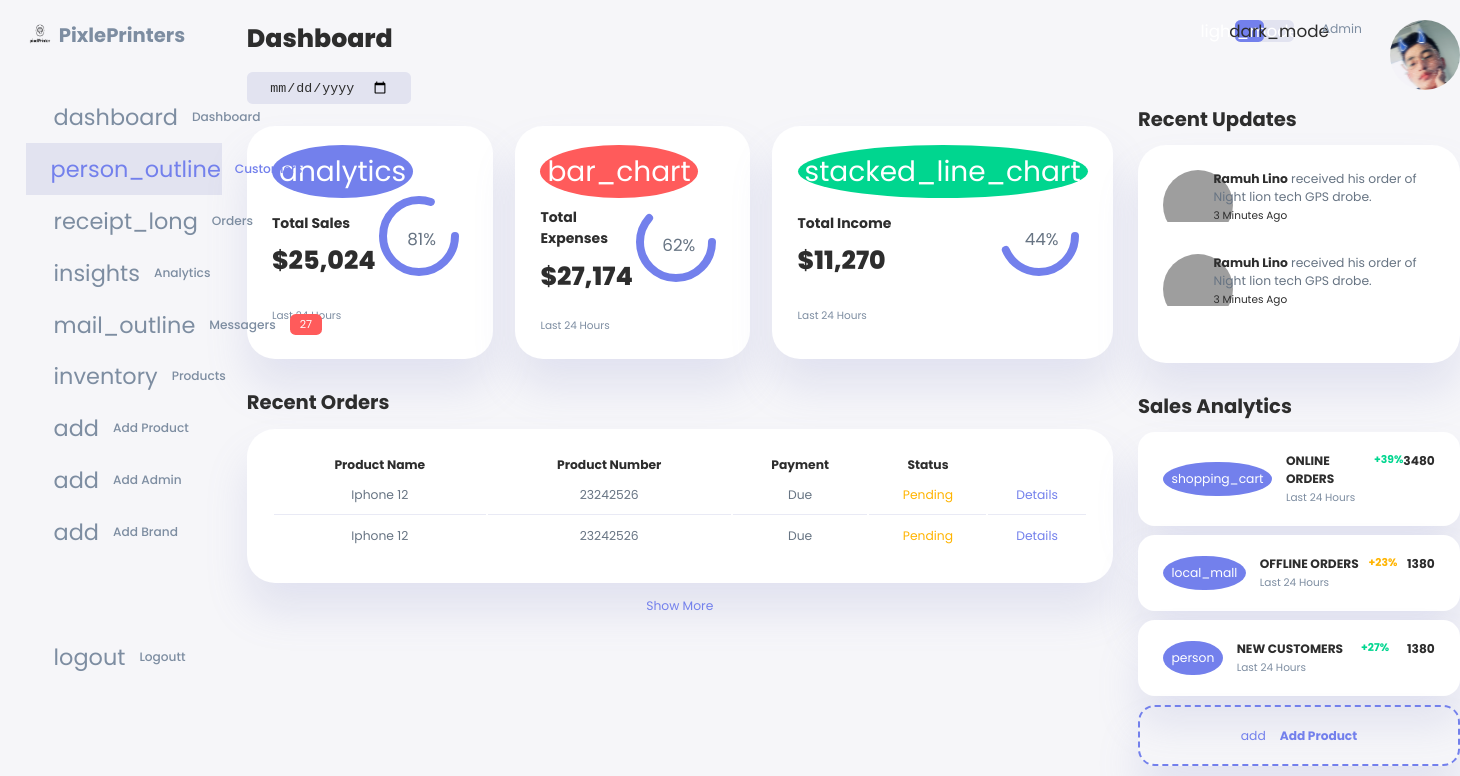
Repository: kritikakittu06/Ecommerce
Page: http://localhost/PixlePrinter/pages/Admin.jsp
The author's editor kept a copy of each file at every save. The page is drawn from the files as they stood at one save, then again after the next save.
The browser window is 1280 px wide. The page is 1460 px wide, so the pictures cover 1460 px, including what lies to the right of the window. The pictures show the whole page.
Pictures or frames that could not be fetched are drawn as grey boxes. The page is served by Tomcat 9. Nobody is signed in. The application's start-up code is not run. Other server files are loaded and not shown.

Above is the page before, as saved 2024-04-20 14:32:47.

### PixlePrinter/src/main/webapp/pages/Admin.jsp
<%@ page language="java" contentType="text/html; charset=UTF-8"
   pageEncoding="UTF-8"%>
<!DOCTYPE html>
<html lang="en">
   <head>
      <meta charset="UTF-8" />
      <meta http-equiv="X-UA-Compatible" content="IE=edge" />
      <meta name="viewport" content="width=device-width, initial-scale=1.0" />
      <title>Admin Dashboard</title>
      <link
         href="https://fonts.googleapis.com/icon?family=Material+Icons+Sharp"
         rel="stylesheet" />
      <link rel="stylesheet"
         href="${pageContext.request.contextPath}/css/AdminHome.css" />
   </head>
   <body>
      <div class="container">
         <aside>
            <div class="top">
               <div class="logo">
                  <img src="${pageContext.request.contextPath}/Images/logo.png"
                     alt="" />
                  <h2 class="text-muted">PixlePrinters</h2>
               </div>
               <div class="close" id="btn-close">
                  <span class="material-icons-sharp"> close </span>
               </div>
            </div>
            <div class="sidebar">
               <a href="#">
                  <span class="material-icons-sharp">
                  dashboard </span>
                  <h3>Dashboard</h3>
               </a>
               <a href="#" class="actived">
                  <span class="material-icons-sharp">
                  person_outline </span>
                  <h3>Customers</h3>
               </a>
               <a href="#">
                  <span class="material-icons-sharp">
                  receipt_long </span>
                  <h3>Orders</h3>
               </a>
               <a href="#">
                  <span class="material-icons-sharp">
                  insights </span>
                  <h3>Analytics</h3>
               </a>
               <a href="#">
                  <span class="material-icons-sharp">
                  mail_outline </span>
                  <h3>Messagers</h3>
                  <span class="message-count">27</span> <!--yo chain ni messafe counter ho haii-->
               </a>
               <a href="#">
                  <span class="material-icons-sharp">
                  inventory </span>
                  <h3>Products</h3>
               </a>
               <a href="${pageContext.request.contextPath}/pages/AddProducts.jsp">
                  <span class="material-icons-sharp"> add </span>
                  <h3>Add Product</h3>
               </a>
               <a href="${pageContext.request.contextPath}/pages/AddAdmin.jsp">
                  <span class="material-icons-sharp"> add </span>
                  <h3>Add Admin</h3>
                  </a>
                <a href="${pageContext.request.contextPath}/pages/AddBrand.jsp">
                  <span class="material-icons-sharp"> add </span>
                  <h3>Add Brand</h3>
                  </a>
               <a href="${pageContext.request.contextPath}/LogoutServlet">
                  <span class="material-icons-sharp"> logout </span>
                  <h3>Logoutt</h3>
               </a>
            </div>
         </aside>
         <main>
            <h1>Dashboard</h1>
            <div class="date">
               <input type="date" />
            </div>
            <div class="insights">
               <div class="sales">
                  <span class="material-icons-sharp">analytics</span>
                  <div class="middle">
                     <div class="left">
                        <h3>Total Sales</h3>
                        <h1>$25,024</h1>
                     </div>
                     <div class="progress">
                        <svg>
                           <circle cx="38" cy="38" r="36"
                              stroke-dashoffset="42.56" />
                        </svg>
                        <div class="number">
                           <p>81%</p>
                        </div>
                     </div>
                  </div>
                  <small class="text-muted">Last 24 Hours</small>
               </div>
               <!---------  END OF SALES   --------->
               <div class="expenses">
                  <span class="material-icons-sharp">bar_chart</span>
                  <div class="middle">
                     <div class="left">
                        <h3>Total Expenses</h3>
                        <h1>$27,174</h1>
                     </div>
                     <div class="progress">
                        <svg>
                           <circle cx="38" cy="38" r="36"
                              stroke-dashoffset="85" />
                        </svg>
                        <div class="number">
                           <p>62%</p>
                        </div>
                     </div>
                  </div>
                  <small class="text-muted">Last 24 Hours</small>
               </div>
               <!---------  END OF EXPENSES   --------->
               <div class="income">
                  <span class="material-icons-sharp">stacked_line_chart</span>
                  <div class="middle">
                     <div class="left">
                        <h3>Total Income</h3>
                        <h1>$11,270</h1>
                     </div>
                     <div class="progress">
                        <svg>
                           <circle cx="38" cy="38" r="36"
                              stroke-dashoffset="125.44" />
                        </svg>
                        <div class="number">
                           <p>44%</p>
                        </div>
                     </div>
                  </div>
                  <small class="text-muted">Last 24 Hours</small>
               </div>
               <!---------  END OF INCOME   --------->
            </div>
            <!---------  END OF INSIGHTS   --------->
            <div class="recent-orders">
               <h2>Recent Orders</h2>
               <table>
                  <thead>
                     <tr>
                        <th>Product Name</th>
                        <th>Product Number</th>
                        <th>Payment</th>
                        <th>Status</th>
                        <th></th>
                     </tr>
                  </thead>
                  <tbody>
                     <tr>
                        <td>Iphone 12</td>
                        <td>23242526</td>
                        <td>Due</td>
                        <td class="warning">Pending</td>
                        <td class="primary">Details</td>
                     </tr>
                     <tr>
                        <td>Iphone 12</td>
                        <td>23242526</td>
                        <td>Due</td>
                        <td class="warning">Pending</td>
                        <td class="primary">Details</td>
                     </tr>
                  </tbody>
               </table>
               <a href="#">Show More</a>
            </div>
            <!---------  END OF RECENT ORDER   --------->
         </main>
         <!---------  END OF MAIN   --------->
         <div class="right">
            <div class="top">
               <button id="btn-menu">
               <span class="material-icons-sharp"> menu </span>
               </button>
               <div class="theme-toggler">
                  <span class="material-icons-sharp actived"> light_mode </span> <span
                     class="material-icons-sharp"> dark_mode </span>
               </div>
               <div class="profile">
                  <div class="info">
                     <p>
                        <% String username = (String) request.getSession().getAttribute("username"); %>
                        <% if (username != null) { %>
                        Hey, <b><%= username %></b>
                        <% } %>
                     </p>
                     <div class="text-muted">Admin</div>
                  </div>
                  <div class="profile-photo">
                     <img src="${pageContext.request.contextPath}/Uploads/ProfilePicture/Wanem1.png"alt="Admin"/>
                  </div>
               </div>
            </div>
            <!---------  END OF TOP   --------->
            <div class="recent-updates">
               <h2>Recent Updates</h2>
               <div class="updates">
                  <div class="update">
                     <div class="profile-photo">
                        <img src="./images/001.png" alt="" />
                     </div>
                     <div class="message">
                        <p>
                           <b>Ramuh Lino</b> received his order of Night lion tech GPS
                           drobe.
                        </p>
                        <small>3 Minutes Ago</small>
                     </div>
                  </div>
                  <div class="update">
                     <div class="profile-photo">
                        <img src="./images/002.jpg" alt="" />
                     </div>
                     <div class="message">
                        <p>
                           <b>Ramuh Lino</b> received his order of Night lion tech GPS
                           drobe.
                        </p>
                        <small>3 Minutes Ago</small>
                     </div>
                  </div>
               </div>
            </div>
            <!---------  END OF RECENT-UPDATES  --------->
            <div class="sales-analytics">
               <h2>Sales Analytics</h2>
               <div class="item online">
                  <div class="icon">
                     <span class="material-icons-sharp"> shopping_cart </span>
                  </div>
                  <div class="right">
                     <div class="info">
                        <h3>ONLINE ORDERS</h3>
                        <small class="text-muted">Last 24 Hours</small>
                     </div>
                     <h5 class="success">+39%</h5>
                     <h3>3480</h3>
                  </div>
               </div>
               <div class="item offline">
                  <div class="icon">
                     <span class="material-icons-sharp"> local_mall </span>
                  </div>
                  <div class="right">
                     <div class="info">
                        <h3>OFFLINE ORDERS</h3>
                        <small class="text-muted">Last 24 Hours</small>
                     </div>
                     <h5 class="warning">+23%</h5>
                     <h3>1380</h3>
                  </div>
               </div>
               <div class="item customers">
                  <div class="icon">
                     <span class="material-icons-sharp"> person </span>
                  </div>
                  <div class="right">
                     <div class="info">
                        <h3>NEW CUSTOMERS</h3>
                        <small class="text-muted">Last 24 Hours</small>
                     </div>
                     <h5 class="success">+27%</h5>
                     <h3>1380</h3>
                  </div>
               </div>
               <div class="item add-product">
                  <span class="material-icons-sharp"> add </span>
                  <h3>Add Product</h3>
               </div>
            </div>
         </div>
      </div>
      <span class="aside-overview"></span>
      <script src="${pageContext.request.contextPath}/js/AdminHome.js"></script>
   </body>
</html>

### PixlePrinter/src/main/webapp/css/AdminHome.css
@charset "UTF-8";
@import url("https://fonts.googleapis.com/css2?family=Poppins:wght@300;400;500;600;700;800&display=swap");

:root {
  --color-primary: #7380ec;
  --color-danger: #ff5b5b;
  --color-success: #00d68f;
  --color-warning: #ffb400;
  --color-info-dark: #7d8da1;
  --color-info-light: #c2d5f5;
  --color-white: #ffffff;
  --color-dark: #2d2d2d;
  --color-light: rgba(132, 139, 200, 0.18);
  --color-primary-variant: #111e88;
  --color-dark-variant: #677483;
  --color-background: #f6f6f9;
  --color-overview-background: var(--color-background);

  --border-radius-1: 0.4rem;
  --border-radius-2: 0.8rem;
  --border-radius-3: 1.2rem;

  --card-border-radius: 2rem;
  --card-padding: 1.8rem;
  --padding-1: 1.2rem;

  --box-shadow-1: 0 2rem 3rem var(--color-light);
}

.dark-theme-variables {
  --color-background: #181a1e;
  --color-white: #202528;
  --color-dark: #edeffd;
  --color-dark-variant: #a3bdcc;
  --color-light: rgba(0, 0, 0, 0.4);
  --box-shadow-1: 0 2rem 3rem var(--color-light);
  --color-overview-background: var(--color-background);
}

* {
  margin: 0;
  padding: 0;
  outline: 0;
  appearance: none;
  border: 0;
  text-decoration: none;
  list-style: none;
  box-sizing: border-box;
}

html {
  font-size: 14px;
}

body {
  width: 100%;
  max-width: 100%;
  height: 100vh;
  font-family: Poppins, sans-serif;
  font-size: 0.88rem;
  background: var(--color-background);
  user-select: none;
  overflow-x: hidden;
  color: var(--color-dark);
}
body.fixed-scroll {
  position: fixed;
  overflow-y: scroll;
}

.container {
  display: grid;
  width: 96%;
  margin: 0 auto;
  gap: 1.8rem;
  grid-template-columns: 14rem auto 23rem;
}

a {
  color: var(--color-dark);
}

img {
  display: block;
  width: 100%;
}

h1 {
  font-weight: 800;
  font-size: 1.8rem;
}
h2 {
  font-size: 1.4rem;
}
h3 {
  font-size: 0.87rem;
}
h4 {
  font-size: 0.8rem;
}
h5 {
  font-size: 0.77rem;
}

small {
  font-size: 0.75rem;
}

.profile-photo {
  width: 5rem;
  height: 5rem;
  border-radius: 50%;
  overflow: hidden;
}
.text-muted {
  color: var(--color-info-dark);
}

p {
  color: var(--color-dark-variant);
}

b {
  color: var(--color-dark);
}

.primary {
  color: var(--color-primary);
}
.danger {
  color: var(--color-danger);
}
.success {
  color: var(--color-success);
}
.warning {
  color: var(--color-warning);
}

aside {
  height: 100vh;
}
aside .top {
  display: flex;
  align-items: center;
  justify-content: space-between;
  margin-top: 1.4rem;
}
aside .logo {
  display: flex;
  gap: 0.37rem;
}
aside .logo img {
  width: 2rem;
  height: 2rem;
}

aside .close {
  display: none;
}

/* ----------------- SIDEBAR ------------------- */
aside .sidebar {
  display: flex;
  flex-direction: column;
  height: 86vh;
  position: relative;
  top: 3rem;
}

aside h3 {
  font-weight: 500;
}

aside .sidebar a {
  display: flex;
  color: var(--color-info-dark);
  margin-left: 2rem;
  gap: 1rem;
  align-items: center;
  position: relative;
  height: 3.7rem;
  transition: all 0.275s ease;
}

aside .sidebar a span {
  font-size: 1.6rem;
  transition: all 0.275s ease;
}

aside .sidebar a:last-child {
  position: absolute;
  bottom: 2rem;
  width: 100%;
}
aside .sidebar a.actived {
  background: var(--color-light);
  color: var(--color-primary);
  margin-left: 0;
}
aside .sidebar a.actived:before {
  content: "";
  width: 0.275rem;
  height: 100%;
  background: var(--color-primary);
}
aside .sidebar a.actived span {
  color: var(--color-primary);
  margin-left: calc(1rem - 3px);
}
aside .sidebar a:hover {
  color: var(--color-primary);
}
aside .sidebar a:hover span {
  margin-left: 1rem;
}
aside .sidebar .message-count {
  background: var(--color-danger);
  color: #fff;
  padding: 2px 10px;
  font-size: 11px;
  border-radius: var(--border-radius-1);
}

/* ----------------- END SIDEBAR ------------------- */

/* ----------------- MAIN ------------------- */
main {
  margin-top: 1.4rem;
}

main .date {
  display: inline-block;
  background: var(--color-light);
  border-radius: var(--border-radius-1);
  margin-top: 1rem;
  padding: 0.5rem 1.6rem;
}
main .date input[type="date"] {
  background: transparent;
  color: var(--color-dark);
}
main .insights {
  display: grid;
  grid-template-columns: repeat(3, 1fr);
  gap: 1.6rem;
}
main .insights h3 {
  margin: 1rem 0 0.6rem;
  font-size: 1rem;
}
main .insights small {
  margin-top: 1.6rem;
  display: block;
}
main .insights .progress {
  position: relative;
  width: 92px;
  height: 92px;
  border-radius: 50%;
}
main .insights .progress .number {
  position: absolute;
  top: 0;
  left: 0;
  height: 100%;
  width: 100%;
  display: flex;
  justify-content: center;
  align-items: center;

  font-size: 1.2rem;
}
main .insights svg {
  width: 7rem;
  height: 7rem;
}
main .insights svg circle {
  fill: none;
  stroke: var(--color-primary);
  stroke-width: 8;
  stroke-linecap: round;
  transform: translate(5px, 5px);
  stroke-dasharray: 224;
}
.insights > div {
  background: var(--color-white);
  padding: var(--card-padding);
  border-radius: var(--card-border-radius);
  margin-top: 1.6rem;
  box-shadow: var(--box-shadow-1);

  transition: all 275ms ease;
}
main .insights > div:hover {
  box-shadow: none;
}
main .insights > div span {
  background-color: var(--color-primary);
  padding: 0.5rem;
  border-radius: 50%;
  color: var(--color-white);
  font-size: 2rem;
}
main .insights > div.expenses span {
  background: var(--color-danger);
}
main .insights > div.income span {
  background: var(--color-success);
}
main .insights > div .middle {
  display: flex;
  align-items: center;
  justify-content: space-between;
}

/* ----------------- END MAIN ------------------- */

/* ----------------- RECENT ORDERS ------------------- */
main .recent-orders {
  margin-top: 2rem;
}
main .recent-orders h2 {
  margin-bottom: 0.8rem;
}
main .recent-orders a {
  text-align: center;
  display: block;
  margin: 1rem auto;
  color: var(--color-primary);
}
main .recent-orders table {
  background: var(--color-white);
  width: 100%;
  border-radius: var(--card-border-radius);
  padding: var(--card-padding);
  text-align: center;
  box-shadow: var(--box-shadow-1);
  transform: all 275ms ease;
  transition: all 275ms ease;
}
main .recent-orders table:hover {
  box-shadow: none;
}

main table tbody td {
  height: 2.8rem;
  border-bottom: 1px solid var(--color-light);
  color: var(--color-dark-variant);
}
main table tbody tr:last-child td {
  border: none;
}
/* ----------------- END RECENT ORDERS ------------------- */

/* ----------------- RIGHT ------------------- */
.right {
  margin-top: 1.4rem;
}
.right .top {
  display: flex;
  justify-content: end;
  gap: 2rem;
}
.right .top button {
  display: none;
}
.right .theme-toggler {
  background: var(--color-light);
  display: flex;
  justify-content: space-between;
  align-items: center;
  height: 1.6rem;
  width: 4.2rem;
  cursor: pointer;
  border-radius: var(--border-radius-1);
}
.right .theme-toggler span {
  font-size: 1.2rem;
  width: 50%;
  height: 100%;
  display: flex;
  align-items: center;
  justify-content: center;
}
.right .theme-toggler span.actived {
  background: var(--color-primary);
  color: #fff;
  border-radius: var(--border-radius-1);
}
.right .top .profile {
  display: flex;
  gap: 2rem;
  text-align: right;
}
/* ----------------- END RIGHT ------------------- */

/* ----------------- RECENT UPDATES ------------------- */

.right .recent-updates {
  margin-top: 1rem;
}
.right .recent-updates h2 {
  margin-bottom: 0.8rem;
}
.right .recent-updates .updates {
  background: var(--color-white);
  padding: var(--card-padding);
  border-radius: var(--card-border-radius);
  box-shadow: var(--box-shadow-1);

  transition: all 275ms ease;
}
.right .recent-updates .updates:hover {
  box-shadow: none;
}

.right .recent-updates .updates .update {
  display: grid;
  grid-template-columns: 2.6rem auto;
  gap: 1rem;
  margin-bottom: 1rem;
}
/* ----------------- END RECENT UPDATES ------------------- */

/* ----------------- SALES ANALYTICS ------------------- */
.right .sales-analytics {
  margin-top: 2rem;
}
.right .sales-analytics h2 {
  margin-bottom: 0.8rem;
}
.right .sales-analytics .item {
  background: var(--color-white);
  display: flex;
  align-items: center;
  gap: 1rem;
  margin-bottom: 0.7rem;
  padding: 1.4rem var(--card-padding);
  border-radius: var(--border-radius-3);
  box-shadow: var(--box-shadow-1);

  transition: all 275ms ease;
}
.right .sales-analytics .item:hover {
  box-shadow: none;
}
.right .sales-analytics .item .right {
  display: flex;
  justify-content: space-between;
  align-items: flex-start;
  margin: 0;
  width: 100%;
}
.right .sales-analytics .item .icon {
  padding: 0.6rem;
  color: var(--color-white);
  border-radius: 50%;
  background: var(--color-primary);
  display: flex;
}
.right .sales-analytics .add-product {
  background-color: transparent;
  border: 2px dashed var(--color-primary);
  color: var(--color-primary);
  display: flex;
  align-items: center;
  justify-content: center;
  cursor: pointer;
}

.right .sales-analytics .add-product:hover {
  background: var(--color-primary);
  color: var(--color-white);
}

/* ----------------- END SALES ANALYTICS ------------------- */

/* ----------------- MEDIA QUERIA 1200 ------------------- */

@media screen and (max-width: 1200px) {
  .container {
    width: 94%;
    grid-template-columns: 7rem auto 23rem;
  }

  aside .logo h2 {
    display: none;
  }
  aside .sidebar h3 {
    display: none;
  }
  aside .sidebar a {
    width: 5.6rem;
  }
  aside .sidebar a:last-child {
    position: relative;
    margin-top: 1.8rem;
  }

  main .insights {
    grid-template-columns: 1fr;
    gap: 0;
  }
  main .recent-orders {
    width: 94%;
    position: absolute;
    left: 50%;
    transform: translate(-50%);
    margin: 2rem 0 0 8.8rem;
  }
  main .recent-orders table {
    width: 83vw;
  }

  main table thead tr th:last-child,
  main table thead tr th:first-child,
  main table tbody tr td:last-child,
  main table tbody tr td:first-child {
    display: none;
  }
}

/* ----------------- MEDIA QUERIA 768 ------------------- */

@media screen and (max-width: 768px) {
  .container {
    width: 100%;
    grid-template-columns: 1fr;
  }

  aside {
    position: fixed;
    left: -100%;
    background: var(--color-white);
    width: 18rem;
    z-index: 3;
    box-shadow: 1rem 3rem 4rem var(--color-light);
    height: 100vh;
    padding-right: var(--card-padding);
    display: block;
    transition: left 0.275s ease;
  }
  .show-menu aside {
    left: 0;
  }
  .aside-overview {
    display: none;
    opacity: 0;
    position: absolute;
    width: 100%;
    height: 100%;
    background: var(--color-overview-background);
    top: 0;
    bottom: 0;
    left: 0;
    right: 0;
    z-index: 2;
    transition: left 0.42s ease;
  }
  .show-menu .aside-overview {
    display: block;
    opacity: 0.25;
  }

  aside .logo {
    margin-left: 1.75rem;
  }
  aside .logo h2 {
    display: inline;
  }
  aside .sidebar h3 {
    display: inline;
  }
  aside .sidebar a {
    width: 100%;
    height: 3.4rem;
  }
  aside .sidebar a:last-child {
    position: absolute;
    bottom: 5rem;
  }
  aside .close {
    display: inline-block;
    cursor: pointer;
  }
  main {
    margin-top: 8rem;
    padding: 0 1rem;
  }
  main .recent-orders {
    position: relative;
    margin: 3rem 0 0 0;
    width: 100%;
  }
  main .recent-orders table {
    width: 100%;
    margin: 0;
  }
  .right {
    width: 94%;
    margin: 0 auto 4rem;
  }

  .right .top {
    position: fixed;
    top: 0;
    left: 0;
    align-items: center;
    padding: 0 0.8rem;
    height: 4.6rem;
    background: var(--color-white);
    width: 100%;
    z-index: 2;
    box-shadow: 0 1rem 1rem var(--color-light);
  }
  .right .top .theme-toggler {
    width: 4.4rem;
    position: absolute;
    left: 66%;
  }
  .right .top .info {
    display: none;
  }
  .right .top button {
    display: inline-block;
    background: transparent;
    color: var(--color-dark);
    cursor: pointer;
    position: absolute;
    left: 1rem;
  }
  .right .top button span {
    font-size: 2rem;
  }
}

Loaded but not shown: PixlePrinter/src/main/webapp/js/AdminHome.js (no copy from this time; the picture is the same without it)

After the next save:
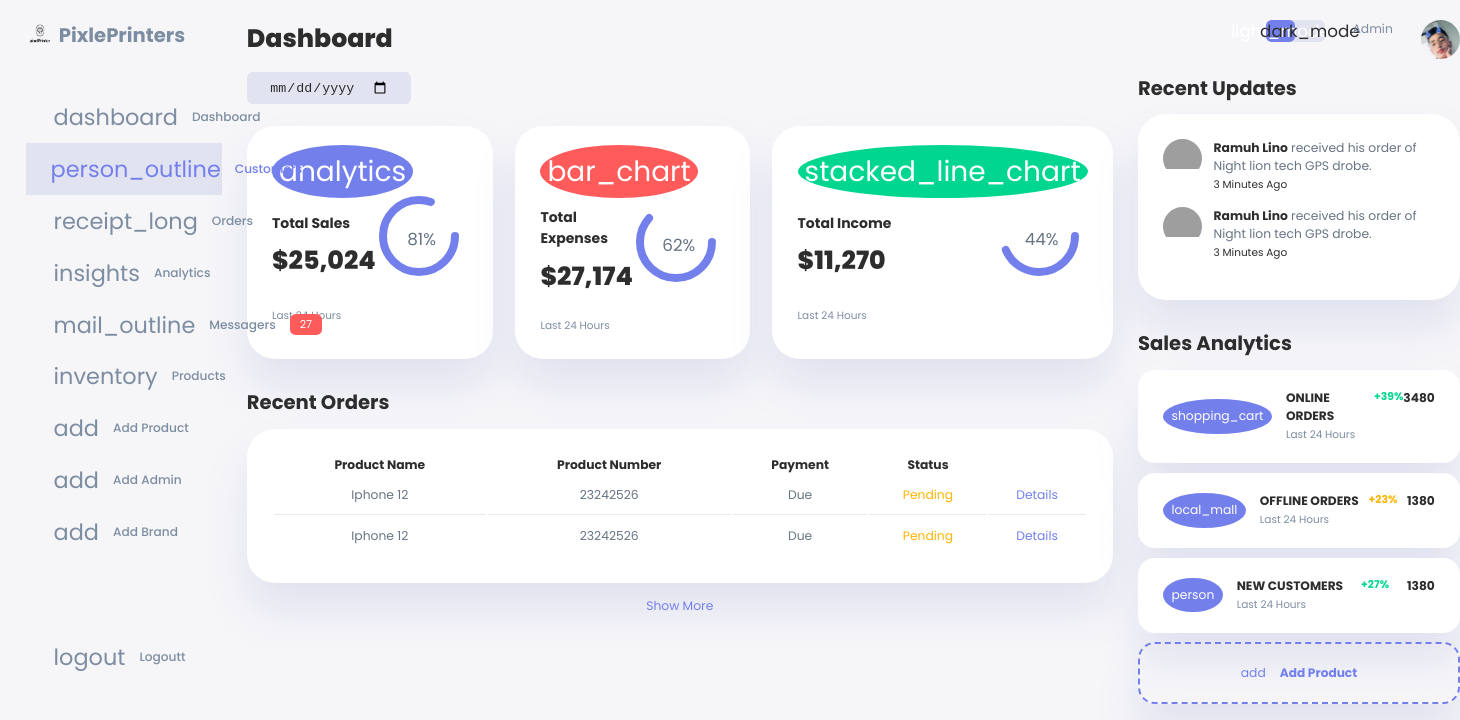
Saved 12 s later.
--- a/PixlePrinter/src/main/webapp/css/AdminHome.css
+++ b/PixlePrinter/src/main/webapp/css/AdminHome.css
@@ -107,8 +107,8 @@ small {
 }
 
 .profile-photo {
-  width: 5rem;
-  height: 5rem;
+  width: 2.8rem;
+  height: 2.8rem;
   border-radius: 50%;
   overflow: hidden;
 }
